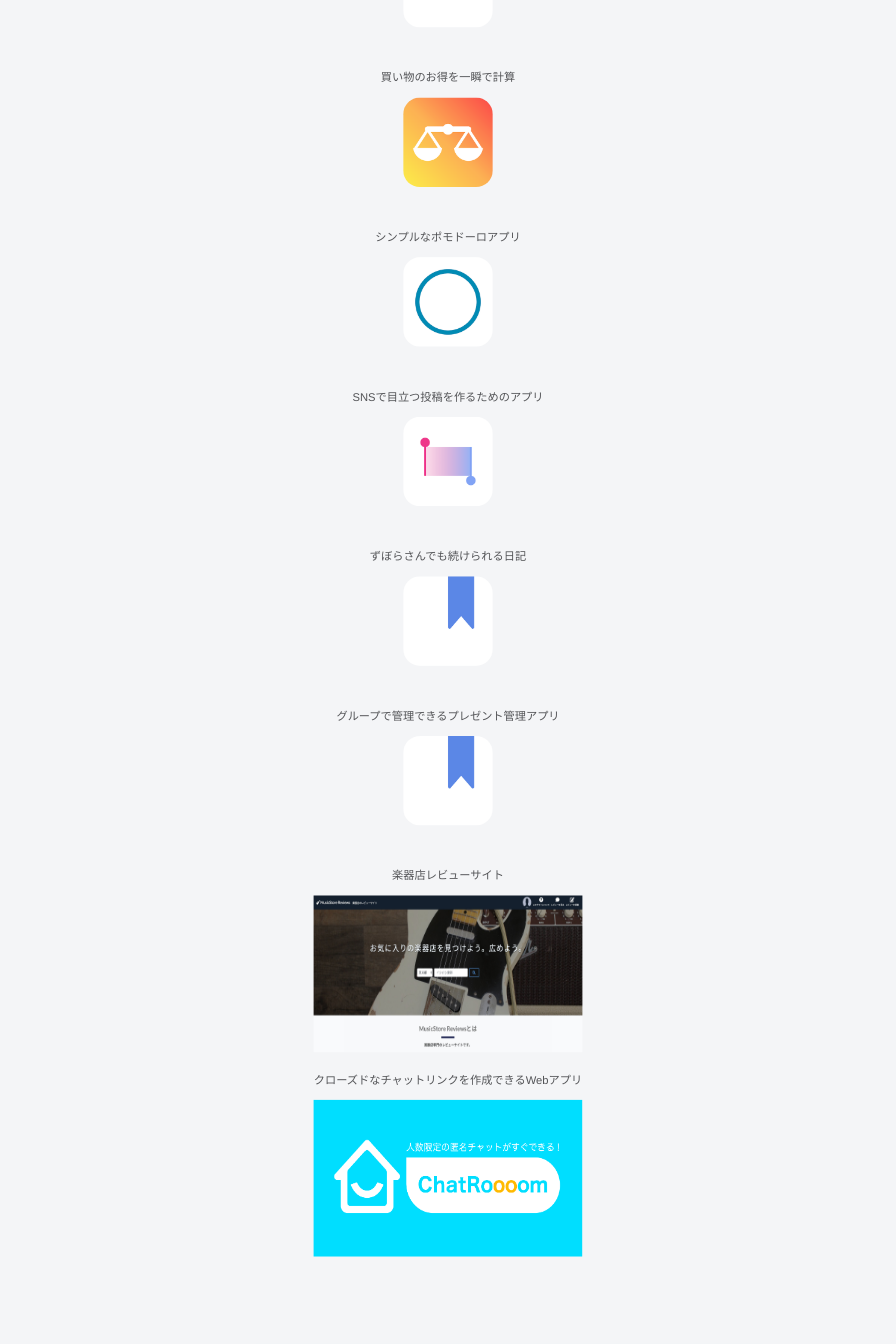
Repository: nosuke0926/my-portfolio
Page: /works
These files come from the project's save history. The page is drawn as it stood at one moment and after the next save; the edit follows.
The browser window is 1280 px wide. The pictures show the part of the page from y = 3485 to 5405 px (the page is 5405 px tall), at 70% of full size.
The project was rebuilt for these pictures with package versions that can differ from the ones it lists, and the page was loaded fresh each time. The framework's server and built-in components were replaced by stand-ins that run in the browser. Also part of the build but not shown: next.config.js.

Above is the page before, as saved 2022-11-22 21:45:15.

After the next save:
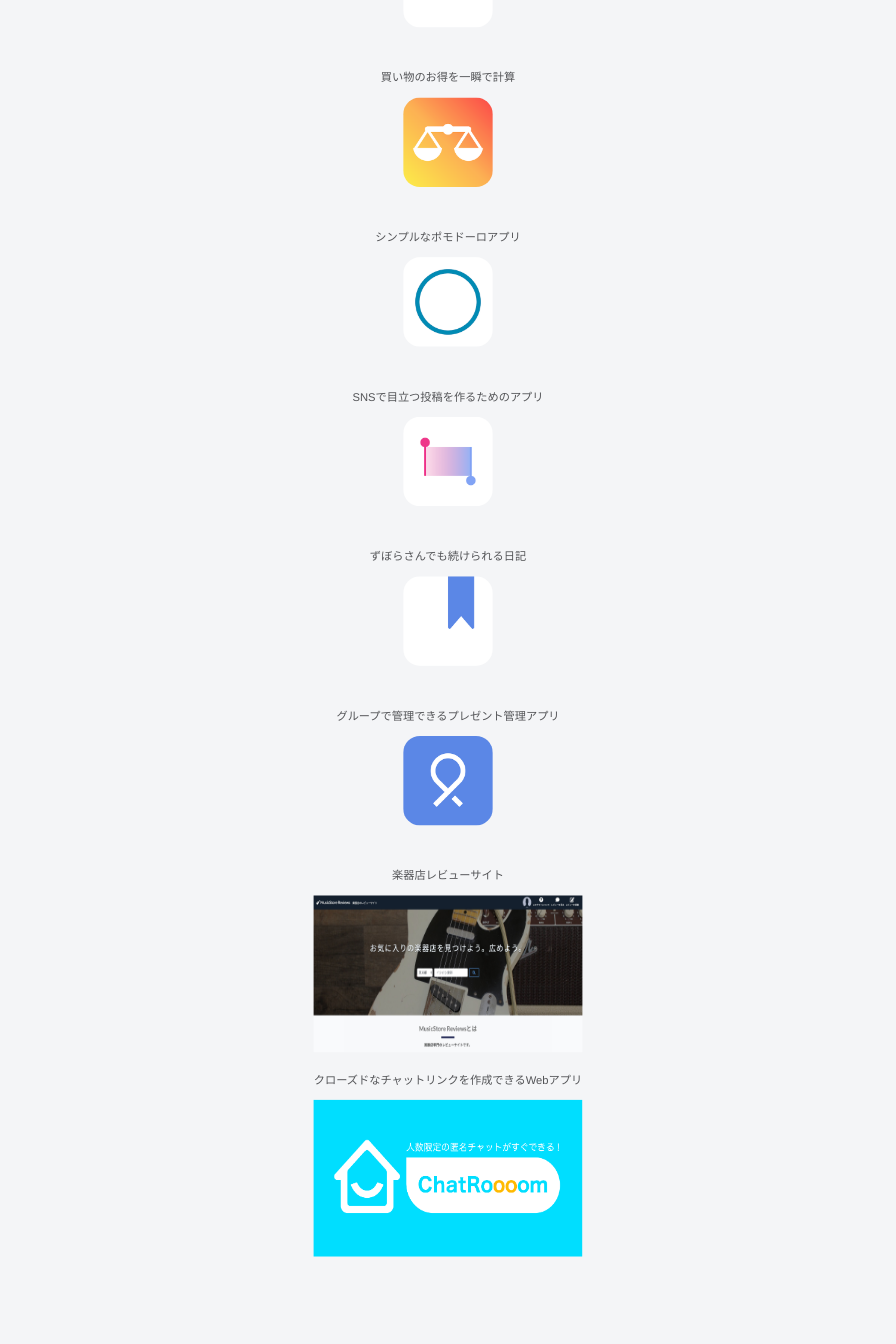
Saved 2 min 1 s later.
--- a/pages/works.tsx
+++ b/pages/works.tsx
@@ -261,7 +261,7 @@
         </p>
         <p>
           <TransitionsModal
-            src="/images/products/lazy_diary.png"
+            src="/images/products/present.png"
             alt="アプリ（ギフトノート）"
             description="グループで管理できるプレゼント管理アプリ"
             appTitle="ギフトノート"
